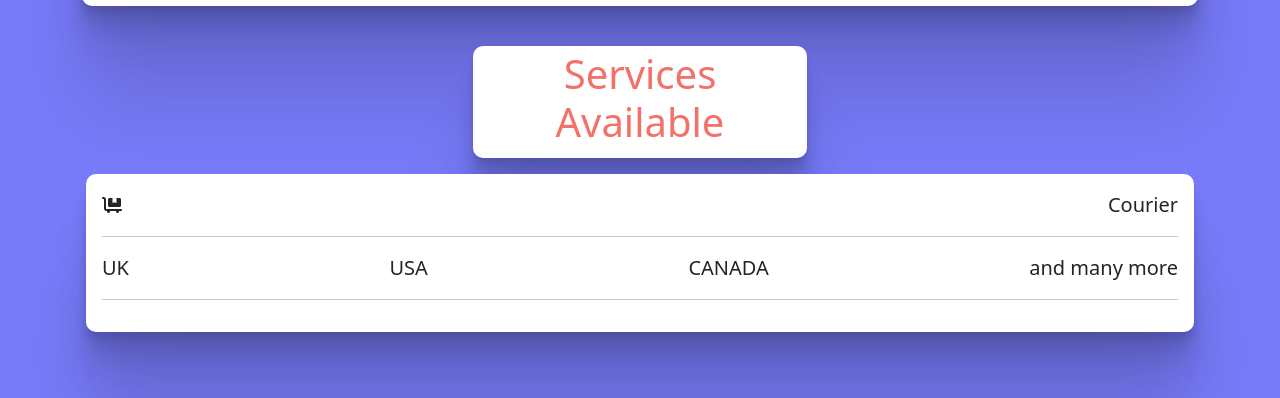
Repository: abhi-sharma27/courier
Page: index.html
These files come from the project's save history. The page is drawn as it stood at one moment and after the next save; the edit follows.
The browser window is 1280 px wide. The pictures show the part of the page from y = 1573 to 2061 px (the page is 1971 px tall before and 2061 px after).
A picture or video elsewhere on the page could not be fetched, so the positions and the page height are approximate. Some web libraries are served in a nearby version.

Above is the page before, as saved 2021-03-20 23:01:02.

After the next save:
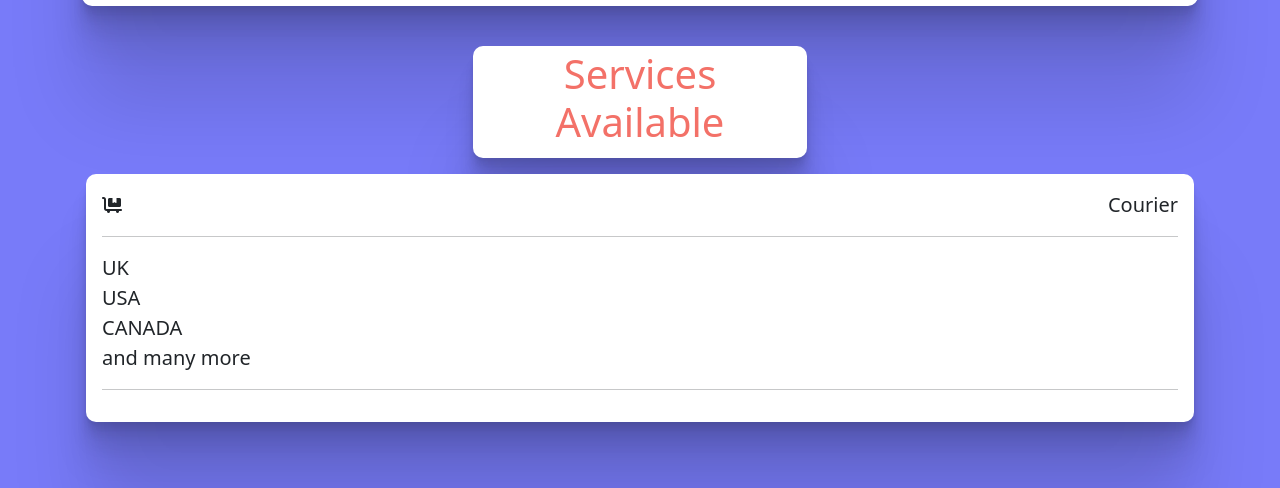
Saved 28 s later.
--- a/index.html
+++ b/index.html
@@ -130,7 +130,7 @@
           </div>
         </div>
         <hr />
-        <div class="d-flex align-items-center justify-content-between">
+        <div class="text-right">
           <p class="mb-0 f20">UK</p>
           <p class="mb-0 f20">USA</p>
           <p class="mb-0 f20">CANADA</p>
